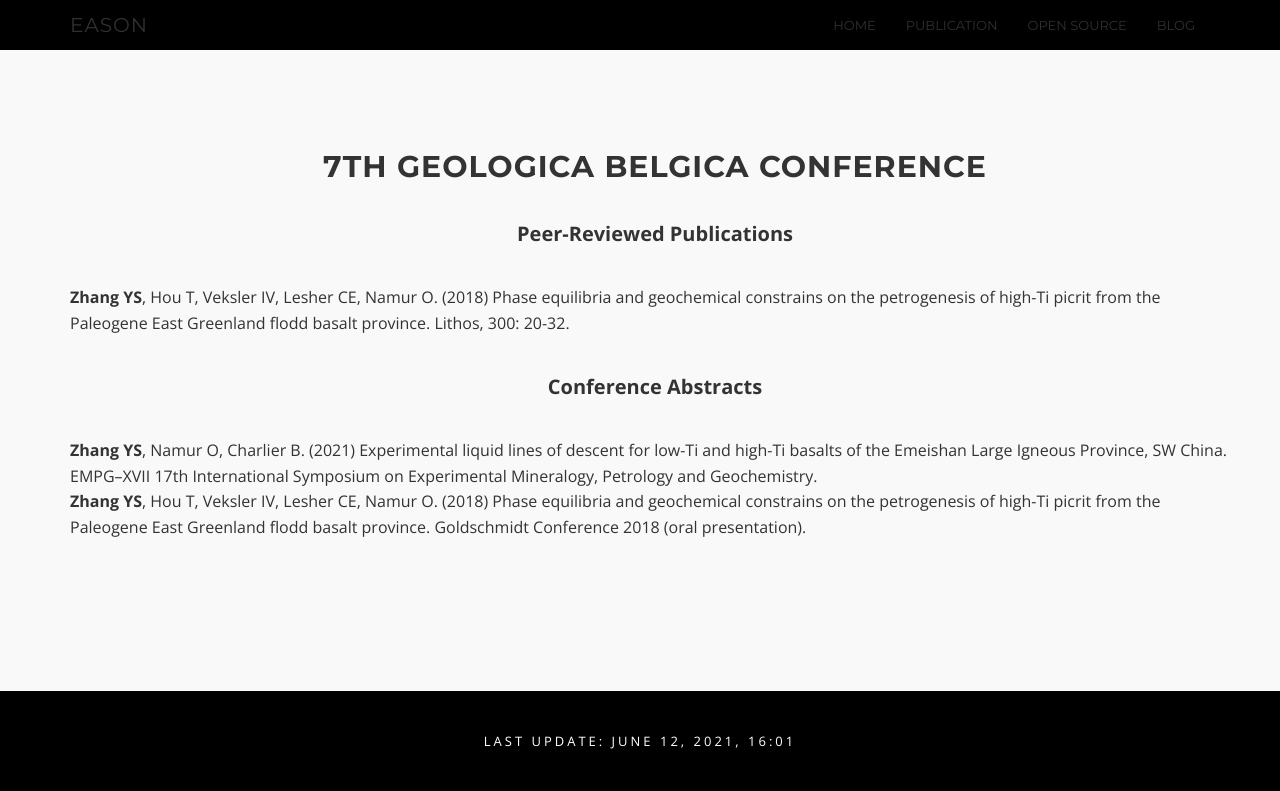
Repository: eazzzon/eazzzon.github.io
Page: post20210917.html
The author's editor kept a copy of each file at every save. The page is drawn from the files as they stood at one save, then again after the next save.
The browser window is 1280 px wide. The pictures show the whole page.
Pictures or frames that could not be fetched are drawn as grey boxes.

Above is the page before, as saved 2021-09-18 13:31:13.

After the next save:
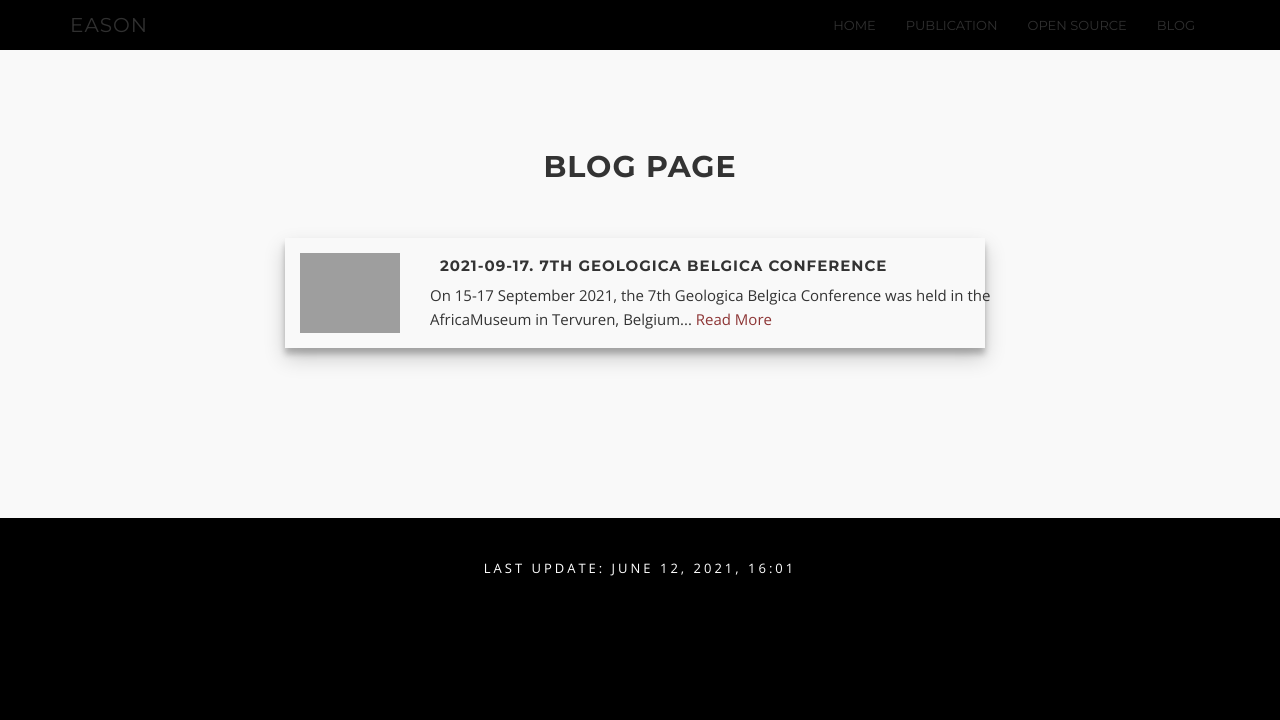
Saved 71 s later.
--- a/post20210917.html
+++ b/post20210917.html
@@ -30,9 +30,8 @@
 		<button type="button" class="navbar-toggle" data-toggle="collapse" data-target=".navbar-main-collapse">
 		<i class="fa fa-bars"></i>
 		</button>
-		<a class="navbar-brand page-scroll" style="color: #303030;" href="index.html">
-		EASON
-		</a>
+		<a class="navbar-brand page-scroll" href="index.html" style="color: #303030;">
+		EASON </a>
 	</div>
 	<!-- Collect the nav links, forms, and other content for toggling -->
 	<div class="collapse navbar-collapse navbar-right navbar-main-collapse">
@@ -55,33 +54,36 @@
 </div>
 <!-- /.container -->
 </nav>
-<!-- Publication Section -->
-<section id="post">
-    <div class="container content-section text-left">
-        <div class="container">
-            <div class="container">
-                <div class="row">
-                    <h2 class="text-center">7th Geologica Belgica Conference</h2>
-                    <p class="text-center" style="font-weight: bold;">Peer-Reviewed Publications</p>
-                    <p style="font-size: medium;">
-                    <strong>Zhang YS</strong>, Hou T, Veksler IV, Lesher CE, Namur O. (2018) Phase equilibria and geochemical constrains on the
-                    petrogenesis of high-Ti picrit from the Paleogene East Greenland flodd basalt province. Lithos, 300: 20-32.
-                    </p>
 
-                    <p class="text-center" style="font-weight: bold;">Conference Abstracts</p>
-                    <p style="font-size: medium;">
-                        <strong>Zhang YS</strong>, Namur O, Charlier B. (2021) Experimental liquid lines of descent for low-Ti and high-Ti basalts of
-                        the Emeishan Large Igneous Province, SW China. EMPG–XVII 17th International Symposium on Experimental Mineralogy, Petrology and Geochemistry.
-                        <br>
-                        <strong>Zhang YS</strong>, Hou T, Veksler IV, Lesher CE, Namur O. (2018) Phase equilibria and geochemical constrains on the
-                        petrogenesis of high-Ti picrit from the Paleogene East Greenland flodd basalt province. Goldschmidt Conference 2018 (oral presentation).
-                    </p>
-                </div>
-            </div>
-        </div>
-    </div>
+<!-- Page Sample Section -->
+<section id="page-sample">
 
+
+<div class="container content-section text-left">
+	<div class='container'>
+		<div class="row">
+			<h2 class="text-center">BLOG PAGE</h2>
+			<div class="col-lg-8 col-lg-offset-2">
+				<div class="post-box">
+					<img class="box-img" src="https://geologicabelgica2021.africamuseum.be/sites/default/files/media/images/Logo%20Geologica%20Belgica.png" alt="lower crust foundering" />
+					<div class="box-text">
+						<a  href="post20210917.html">
+							<h4 class="box-text">2021-09-17. 7th Geologica Belgica Conference </h4>
+						</a>
+						<p class="p2">On 15-17 September 2021, the 7th Geologica Belgica Conference was held in the AfricaMuseum in Tervuren, Belgium... <a href="post20210917.html" style="color:rgb(141, 53, 53);">Read More</a></p>
+					</div>
+				</div>
+				</div>
+
+			</div>
+		</div>
+	</div>
+</div>
 </section>
+
+
+
+
 <!-- Footer -->
 <footer>
 <div class="container text-center">
